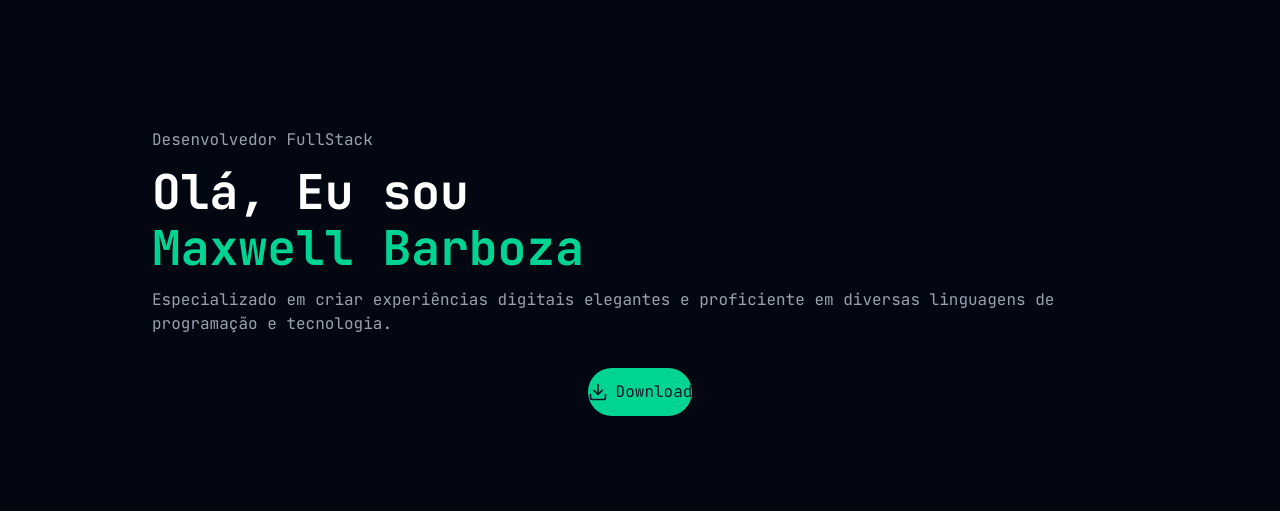
Repository: maxwelllbarboza/pagina-pessoal
Page: /
These files come from the project's save history. The page is drawn as it stood at one moment and after the next save; the edit follows.
The browser window is 1280 px wide. The pictures show the whole page.
The project was rebuilt for these pictures with package versions that can differ from the ones it lists, and the page was loaded fresh each time. The framework's server and built-in components were replaced by stand-ins that run in the browser. Also part of the build but not shown: next.config.mjs, next.config.ts.

Above is the page before, as saved 2025-02-27 11:57:15.

After the next save:
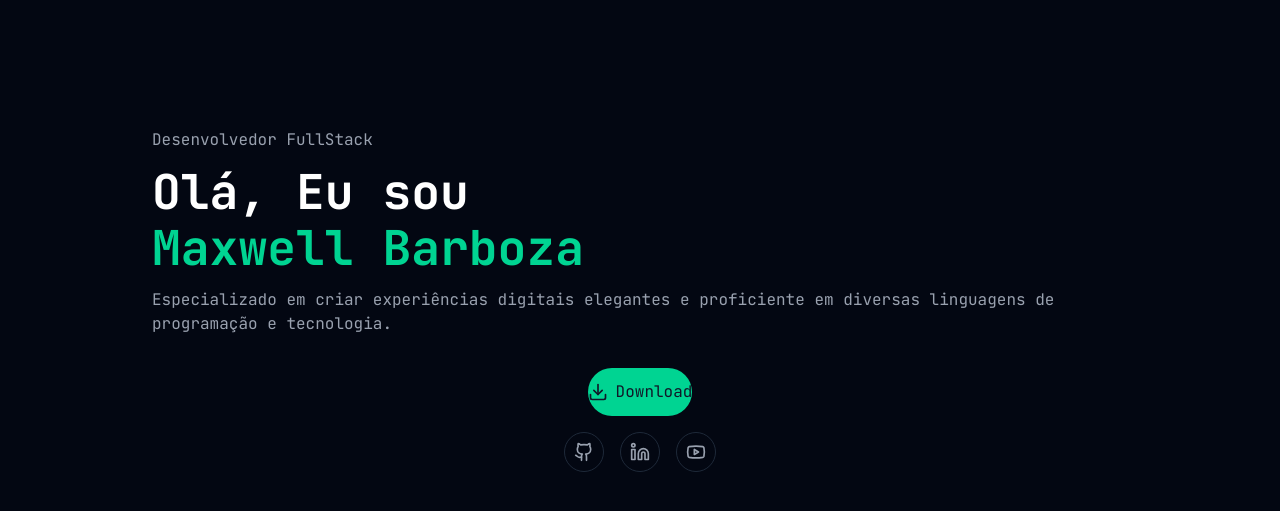
Saved 40 s later.
--- a/src/components/sobremim/SobreMim.tsx
+++ b/src/components/sobremim/SobreMim.tsx
@@ -37,7 +37,7 @@ export default function SobreMim(){
                                 <Download size={20}/>
                                 Download
                             </motion.a>
-                            {/* <div className="flex items-center gap-4">
+                            <div className="flex items-center gap-4">
                                 {socialLinks.map((social, index) => (
                                     <motion.a
                                         key={index}
@@ -58,7 +58,7 @@ export default function SobreMim(){
 
                                 ))}
 
-                            </div> */}
+                            </div>
 
                         </div>
                     </motion.div>
